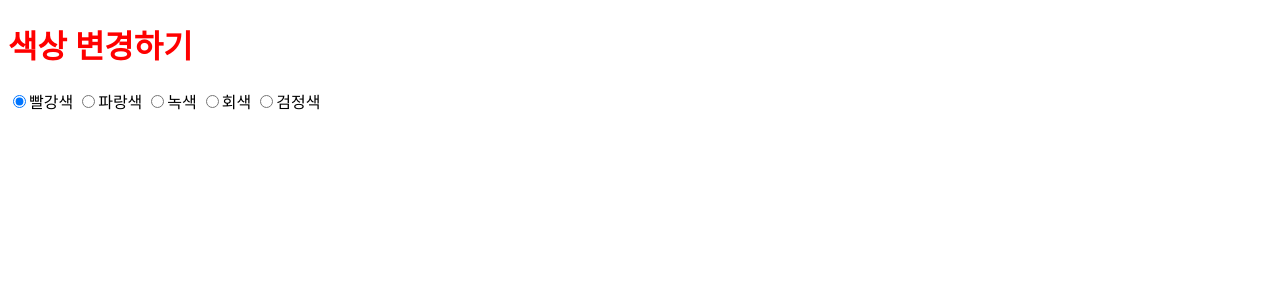
Repository: zmfhd1/Web
Page: jstest/WebContent/event3.html
These files come from the project's save history. The page is drawn as it stood at one moment and after the next save; the edit follows.
The browser window is 1280 px wide. The pictures show the whole page.
After loading, the first visible `input` was changed once.

Above is the page before, as saved 2021-08-25 02:26:28.

After the next save:
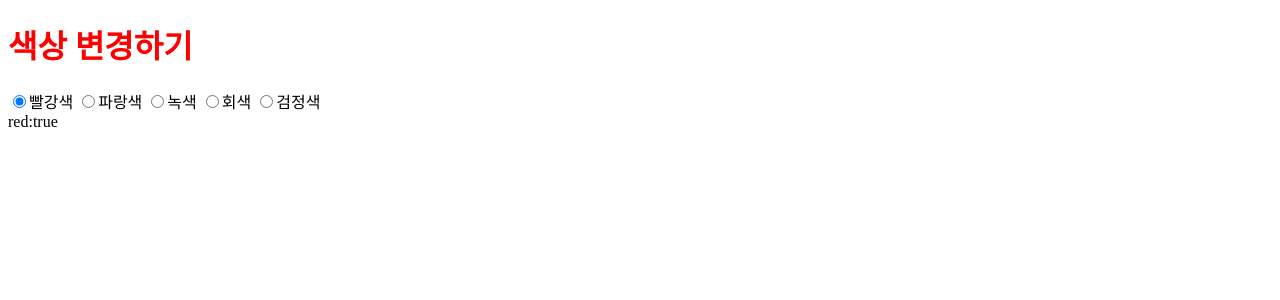
Saved 24 s later.
--- a/jstest/WebContent/event3.html
+++ b/jstest/WebContent/event3.html
@@ -17,14 +17,13 @@ window.onload = function()
 
 	for(i = 0; i < radio_list.length; i++){
 		radio_list[i].onchange = function(){
-		divtextContent = this.value + ":" + this.checked;
+		div.textContent = this.value + ":" + this.checked;
 		h1.style.color = this.value;
 		}
 	}
 }
 
 </script>
-
 
 </head>
 <body>
